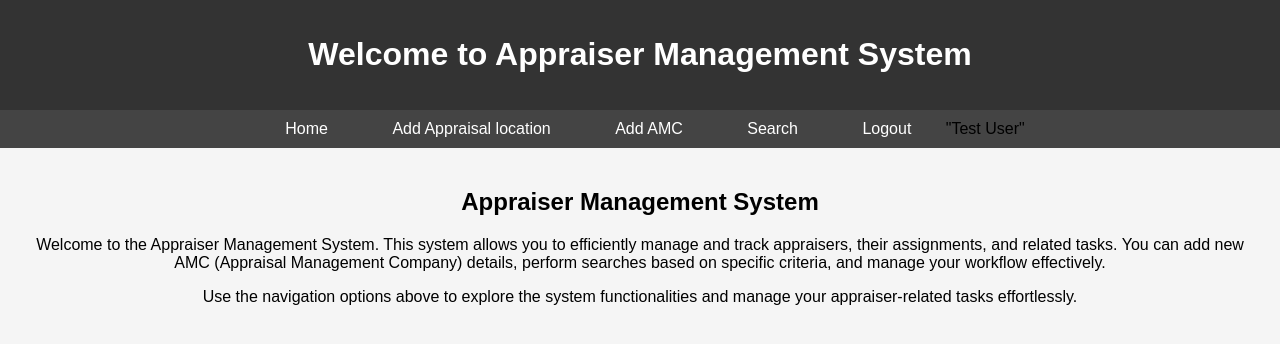
Repository: SaiKumarKota1919/zettamine-sai
Page: http://localhost/appraiser-management-system/home.jsp
An editor plug-in stored every save of this project. The page is shown before and after the next save, followed by the edit.
The browser window is 1280 px wide. The pictures show the whole page.
The page is served by Tomcat 10. The session is filled in as if someone had signed in: {"userName": "Test User"}. Other server files are loaded and not shown.

Above is the page before, as saved 2023-12-30 03:39:57.

### project-ams/appraiser-management-system/src/main/webapp/home.jsp
<%@ page language="java" contentType="text/html; charset=ISO-8859-1"
    pageEncoding="ISO-8859-1"%>
     <%@ taglib prefix="c" uri="http://java.sun.com/jsp/jstl/core" %>
<!DOCTYPE html>
<html lang="en">
<head>
  <meta charset="UTF-8">
  <title>Home Page</title>
<link rel="stylesheet" href="css/home.css">
</head>
<body>
  <header>
    <h1>Welcome to Appraiser Management System</h1>
  </header>

  <nav>

    <a href="home.html">Home</a>
	<a href="add-appraisal-loc.html">Add Appraisal location</a>
    <a href="add_amc.html">Add AMC</a>
    <a href="search.html">Search</a>

    <a href="#">Logout </a>"${userName}"
  </nav>

  <div class="content">
    <h2>Appraiser Management System</h2>
    <p>Welcome to the Appraiser Management System. This system allows you to efficiently manage and track appraisers, their assignments, and related tasks. You can add new AMC (Appraisal Management Company) details, perform searches based on specific criteria, and manage your workflow effectively.</p>
    <p>Use the navigation options above to explore the system functionalities and manage your appraiser-related tasks effortlessly.</p>
  </div>
</body>
</html>

### project-ams/appraiser-management-system/src/main/webapp/css/home.css
 body {
      margin: 0;
      font-family: Arial, sans-serif;
      background-color: #f5f5f5;
    }

    header {
      background-color: #333;
      color: #fff;
      padding: 15px 0;
      text-align: center;
    }

    nav {
      background-color: #444;
      padding: 10px 0;
      text-align: center;
    }

    nav a {
      color: #fff;
      text-decoration: none;
      padding: 8px 20px;
      margin: 0 10px;
      border-radius: 5px;
      transition: background-color 0.3s ease;
    }

    nav a:hover {
      background-color: #555;
    }

    .content {
      padding: 20px;
      text-align: center;
    }

After the next save:
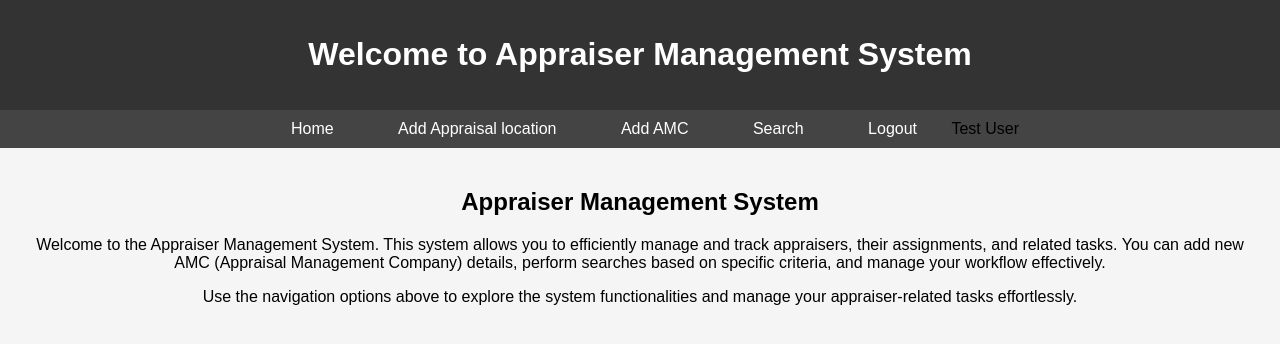
Saved 5 min 51 s later.
--- a/project-ams/appraiser-management-system/src/main/webapp/home.jsp
+++ b/project-ams/appraiser-management-system/src/main/webapp/home.jsp
@@ -20,7 +20,12 @@
     <a href="add_amc.html">Add AMC</a>
     <a href="search.html">Search</a>
 
-    <a href="#">Logout </a>"${userName}"
+    <a href="#">Logout </a>
+    <c:if test="${userName!=null}">
+    <% session = request.getSession();
+    	out.print(session.getAttribute("userName"));%>
+    </c:if>
+
   </nav>
 
   <div class="content">
